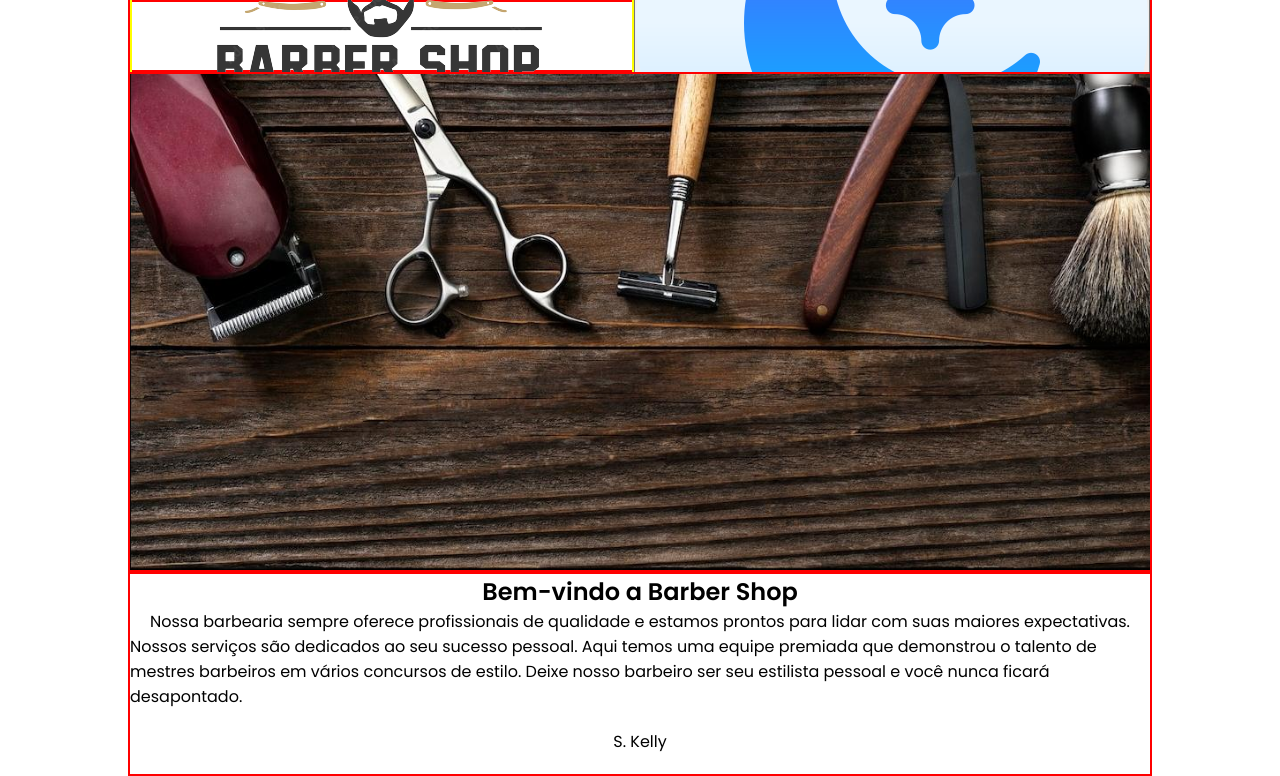
Repository: Daniells642/LandingPage-React
Page: /
An editor plug-in stored every save of this project. The page is shown before and after the next save, followed by the edit.
The browser window is 1280 px wide. The pictures show the whole page.
The project was rebuilt for these pictures with package versions that can differ from the ones it lists, and the page was loaded fresh each time.

Above is the page before, as saved 2022-11-04 21:45:48.

### public/index.html
<!DOCTYPE html>
<html lang="en">
  <head>
    <meta charset="utf-8" />
    <link rel="icon" href="%PUBLIC_URL%/favicon.ico" />
    <meta name="viewport" content="width=device-width, initial-scale=1" />
    <meta name="theme-color" content="#000000" />
    <meta
      name="description"
      content="Web site created using create-react-app"
    />
    <link rel="apple-touch-icon" href="%PUBLIC_URL%/logo192.png" />
    <!--
      manifest.json provides metadata used when your web app is installed on a
      user's mobile device or desktop. See https://developers.google.com/web/fundamentals/web-app-manifest/
    -->
    <link rel="manifest" href="%PUBLIC_URL%/manifest.json" />
    <!--
      Notice the use of %PUBLIC_URL% in the tags above.
      It will be replaced with the URL of the `public` folder during the build.
      Only files inside the `public` folder can be referenced from the HTML.

      Unlike "/favicon.ico" or "favicon.ico", "%PUBLIC_URL%/favicon.ico" will
      work correctly both with client-side routing and a non-root public URL.
      Learn how to configure a non-root public URL by running `npm run build`.
    -->

    <link rel="preconnect" href="https://fonts.googleapis.com">
    <link rel="preconnect" href="https://fonts.gstatic.com" crossorigin>
    <link href="https://fonts.googleapis.com/css2?family=Poppins:wght@400;500;600&display=swap" rel="stylesheet">
    <link href="https://fonts.googleapis.com/css2?family=Great+Vibes&display=swap" rel="stylesheet">
    <title>Barberia</title>
  </head>
  <body>
    <noscript>You need to enable JavaScript to run this app.</noscript>
    <div id="root"></div>
    <!--
      This HTML file is a template.
      If you open it directly in the browser, you will see an empty page.

      You can add webfonts, meta tags, or analytics to this file.
      The build step will place the bundled scripts into the <body> tag.

      To begin the development, run `npm start` or `yarn start`.
      To create a production bundle, use `npm run build` or `yarn build`.
    -->
  </body>
</html>

### src/App.js
import Barbearia from "./LandingPage";
import './App.css';


function App() {
  return (
    <div>
      <Barbearia/>
    </div>
  );
}

export default App;

### src/LandingPage/index.js
import './style.css';

export default function Barbearia() {
  return (
    <div className='modo-claro'>

        <header id="topo" >
          <div className='limitar-secao'>
            <img className='logo' src="../../assets/barbearia-logo.png" alt="logo-barbearia" title="logo da barbearia"/>
            <button>
              <img className="btn-icone" src="../../assets/moon.png" alt="alternar-modo" title="alternar-modo"/>
              <span>Dark</span>
            </button>
          </div>
        </header>

        <section id="secao-banner" className='limitar-secao'></section>

        <section id="secao-texto" className='limitar-secao secao-texto'>
            <h1>Bem-vindo a Barber Shop</h1>
            <p>Nossa barbearia sempre oferece profissionais de qualidade e estamos prontos para lidar com suas maiores expectativas.</p>
            <p>Nossos serviços são dedicados ao seu sucesso pessoal. Aqui temos uma equipe premiada que demonstrou o talento de mestres barbeiros em vários concursos de estilo. Deixe nosso barbeiro ser seu estilista pessoal e você nunca ficará desapontado.</p>
            <p className='modificado'>S. Kelly</p>
        </section>
    </div>
  )
}

### src/App.css
* {
  margin: 0;
  padding: 0;
  box-sizing: border-box;
  font-family: 'Poppins', sans-serif;
}

body {
  background-color: black;
}

.limitar-secao {
  max-width: 1024px;
  width: 100%;
  margin: 0 auto;
  border: solid red 2px;
}

### src/LandingPage/style.css
.modo-claro {
    background-color: #fff;
    color: #000;

}

header {
    display: flex;
}

header div {
    height: 10vh;
    padding-right: 20px;
    display: flex;
    justify-content: space-between;
    align-items: center;
}

.logo {
    display: flex;
    justify-content: center;
    align-items: center;
    border: yellow solid 2px;
}

.logo img {
    height: 100px;
}
.botao {
    display: flex;
    justify-content: center;
    align-items: center;
    border: 2px solid red;
    border-radius: 20px 20px ;
    padding: 2px;

}

.botao img {
    height: 30px;

}

#secao-banner {
    position: relative;
    background-image: url('../../public/assets/banner-barbearia.jpg');
    background-repeat: no-repeat;
    background-size: cover;
    width: 100%;
    height: 500px;
  }

.secao-texto {
    display: flex;
    flex-direction: column;
    flex-wrap: wrap;
    align-items: center;
    background-color: #fff;

}

.secao-texto h1 {
    color: black;
}

.secao-texto p {
    color: black;
}

.modificado {
    font-family: 'Poppins', sans-serif;
    color: rgba(235, 200, 3, 0.87);
    padding: 10px 5px;
    margin: 10px;
}

Loaded but not shown: src/index.js (common file)

After the next save:
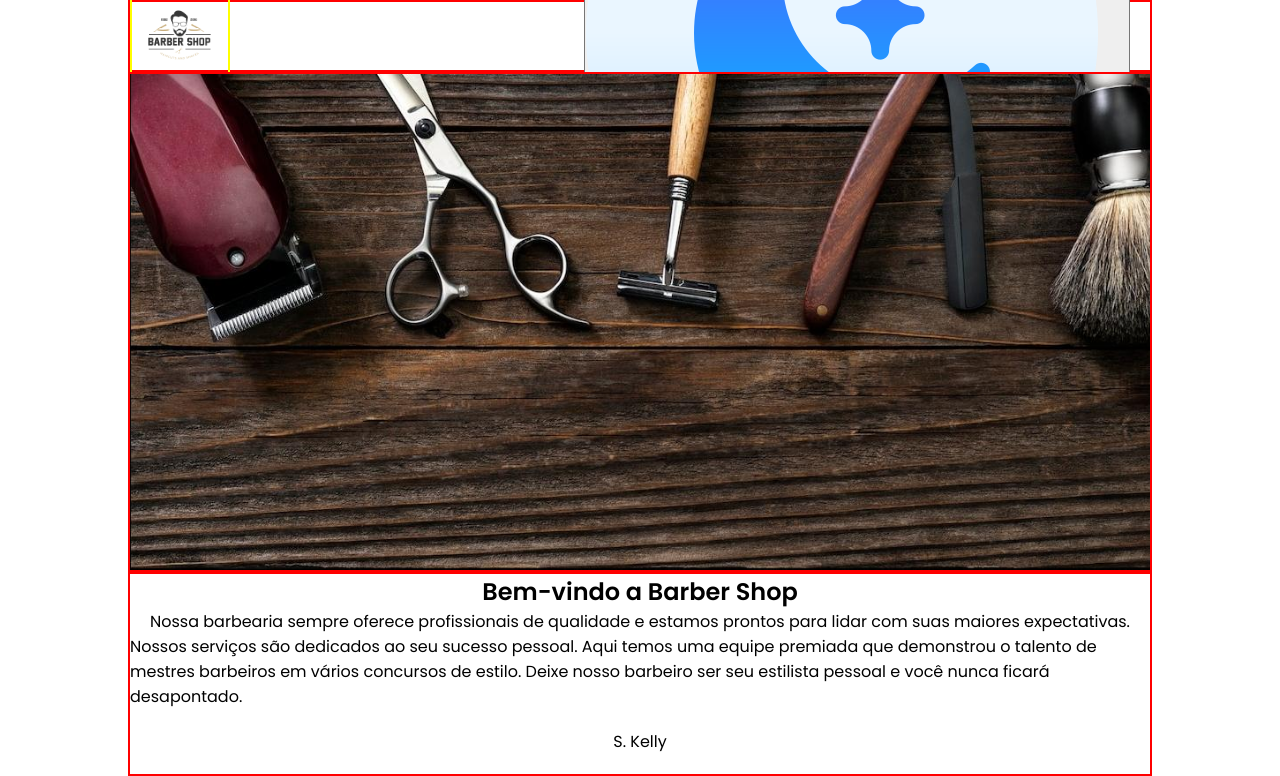
Saved 26 s later.
--- a/src/LandingPage/style.css
+++ b/src/LandingPage/style.css
@@ -17,9 +17,8 @@
 }
 
 .logo {
-    display: flex;
-    justify-content: center;
-    align-items: center;
+    width: auto;
+    height: 100px;
     border: yellow solid 2px;
 }
 
